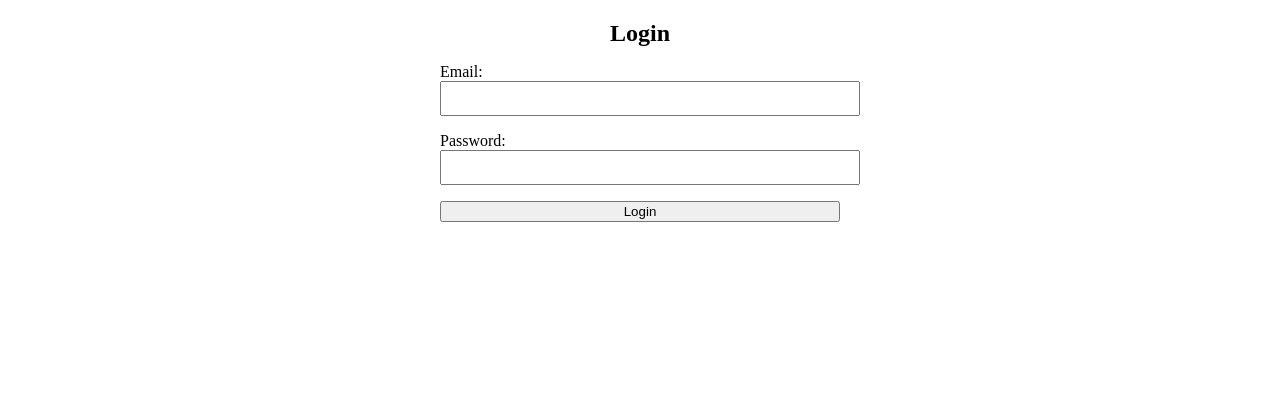
Repository: anonymous1508/dental-center
Page: /
The author's editor kept a copy of each file at every save. The page is drawn from the files as they stood at one save, then again after the next save.
The browser window is 1280 px wide. The pictures show the whole page.
The project was rebuilt for these pictures with package versions that can differ from the ones it lists, and the page was loaded fresh each time. Also part of the build but not shown: vite.config.js, src/components/Topbar.jsx, src/pages/Dashboard.jsx, src/components/PatientForm.jsx, src/utils/patientStorage.jsx, src/pages/Patients.jsx, src/pages/Appointments.jsx, src/pages/Calendar.jsx and 2 more.

Above is the page before, as saved 2025-07-01 14:35:28.

### src/main.jsx
import React from "react";
import ReactDOM from "react-dom/client";
import App from "./App";
import { AuthProvider } from "./contexts/AuthContext"; // ✅ important

ReactDOM.createRoot(document.getElementById("root")).render(
  <React.StrictMode>
    <AuthProvider>
      <App />
    </AuthProvider>
  </React.StrictMode>
);

### src/App.jsx
import React from 'react';
import {
  BrowserRouter as Router,
  Routes,
  Route,
  Navigate,
} from 'react-router-dom';

import Login from './pages/Login';
import Dashboard from './pages/Dashboard';
import Patients from './pages/Patients';
import Appointments from './pages/Appointments';
import Calendar from './pages/Calendar';
import PatientPortal from './pages/PatientPortal';

import RequireRole from './components/RequireRole'; // ✅ Make sure this file exists

const App = () => {
  return (
    <Router>
      <Routes>
        {/* Public route */}
        <Route path="/login" element={<Login />} />

        {/* Admin-only routes */}
        <Route
          path="/dashboard"
          element={
            <RequireRole allowedRoles={['Admin']}>
              <Dashboard />
            </RequireRole>
          }
        />
        <Route
          path="/patients"
          element={
            <RequireRole allowedRoles={['Admin']}>
              <Patients />
            </RequireRole>
          }
        />
        <Route
          path="/appointments"
          element={
            <RequireRole allowedRoles={['Admin']}>
              <Appointments />
            </RequireRole>
          }
        />
        <Route
          path="/calendar"
          element={
            <RequireRole allowedRoles={['Admin']}>
              <Calendar />
            </RequireRole>
          }
        />

        {/* Patient-only route */}
        <Route
          path="/patient-portal"
          element={
            <RequireRole allowedRoles={['Patient']}>
              <PatientPortal />
            </RequireRole>
          }
        />

        {/* Fallback redirect to login */}
        <Route path="*" element={<Navigate to="/login" replace />} />
      </Routes>
    </Router>
  );
};

export default App;

### src/contexts/AuthContext.jsx
import React, { createContext, useContext, useState, useEffect } from "react";

// Dummy users for simulation
const users = [
  { id: "1", role: "Admin", email: "admin@entnt.in", password: "admin123" },
  { id: "2", role: "Patient", email: "john@entnt.in", password: "patient123", patientId: "p1" }
];

// 1. Create Context
const AuthContext = createContext();

// 2. Provider
export const AuthProvider = ({ children }) => {
  const [user, setUser] = useState(null);

  useEffect(() => {
    const stored = localStorage.getItem("authUser");
    if (stored) {
      setUser(JSON.parse(stored));
    }
  }, []);

  const login = (email, password) => {
    const match = users.find(
      (u) => u.email === email && u.password === password
    );
    if (match) {
      setUser(match);
      localStorage.setItem("authUser", JSON.stringify(match));
      return true;
    }
    return false;
  };

  const logout = () => {
    setUser(null);
    localStorage.removeItem("authUser");
  };

  return (
    <AuthContext.Provider value={{ user, login, logout }}>
      {children}
    </AuthContext.Provider>
  );
};

// ✅ 3. Custom hook (MISSING in your file)
export const useAuth = () => useContext(AuthContext);

### src/pages/Login.jsx
import React, { useState } from "react";
import { useNavigate } from "react-router-dom";
import { useAuth } from "../contexts/AuthContext";

const Login = () => {
  const { login } = useAuth();
  const navigate = useNavigate();

  const [email, setEmail] = useState("");
  const [password, setPassword] = useState("");
  const [error, setError] = useState("");

  const handleSubmit = (e) => {
    e.preventDefault();

    console.log("Login form submitted");
    const success = login(email, password);
    console.log("Login success:", success);

    if (success) {
      const loggedInUser = JSON.parse(localStorage.getItem("authUser"));
      if (loggedInUser.role === "Admin") {
        navigate("/dashboard");
      } else if (loggedInUser.role === "Patient") {
        navigate("/patient-portal");
      }
    } else {
      setError("INVALID CREDENTIALS");
    }
  };

  return (
    <div className="container" style={{ maxWidth: "400px", margin: "0 auto" }}>
      <h2 style={{ textAlign: "center", marginBottom: "1rem" }}>Login</h2>
      <form onSubmit={handleSubmit} className="card">
        <div>
          <label>Email:</label>
          <input
            type="email"
            required
            value={email}
            onChange={(e) => setEmail(e.target.value)}
            style={{ width: "100%", padding: "0.5rem", marginBottom: "1rem" }}
          />
        </div>
        <div>
          <label>Password:</label>
          <input
            type="password"
            required
            value={password}
            onChange={(e) => setPassword(e.target.value)}
            style={{ width: "100%", padding: "0.5rem", marginBottom: "1rem" }}
          />
        </div>
        {error && (
          <p style={{ color: "red", marginBottom: "1rem" }}>{error}</p>
        )}
        <button type="submit" className="btn" style={{ width: "100%" }}>
          Login
        </button>
      </form>
    </div>
  );
};

export default Login;

Loaded but not shown: index.html (common file)

After the next save:
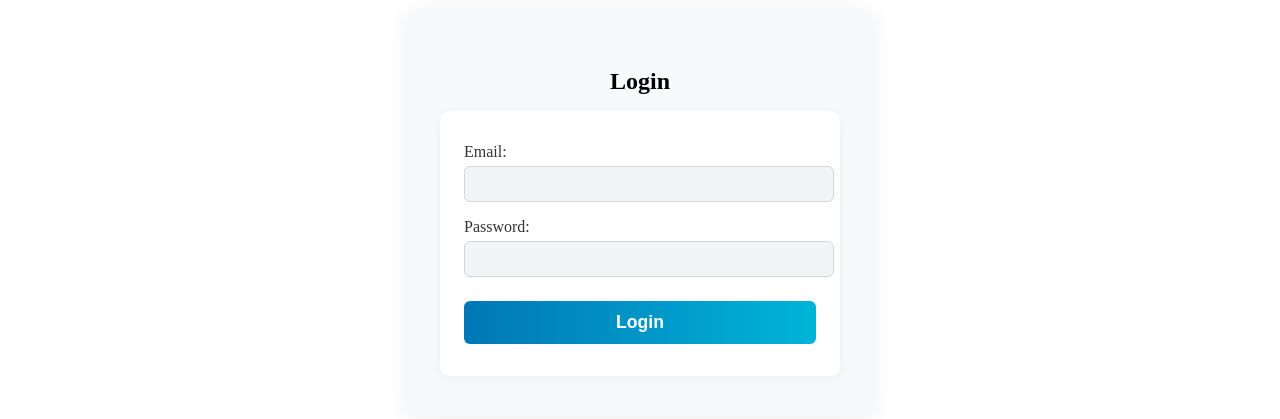
Saved 64 s later.
--- a/src/pages/Login.jsx
+++ b/src/pages/Login.jsx
@@ -65,3 +65,59 @@ const Login = () => {
 };
 
 export default Login;
+const loginStyles = `
+  .container {
+    background: #f7f9fa;
+    border-radius: 12px;
+    box-shadow: 0 4px 24px rgba(0,0,0,0.07);
+    padding: 2.5rem 2rem;
+    margin-top: 5rem;
+  }
+  .card {
+    background: #fff;
+    border-radius: 10px;
+    box-shadow: 0 2px 12px rgba(0,0,0,0.05);
+    padding: 2rem 1.5rem;
+    border: none;
+  }
+  label {
+    font-weight: 500;
+    color: #333;
+    margin-bottom: 0.3rem;
+    display: block;
+  }
+  input[type="email"], input[type="password"] {
+    border: 1px solid #d1d5db;
+    border-radius: 6px;
+    font-size: 1rem;
+    background: #f3f4f6;
+    transition: border 0.2s;
+  }
+  input[type="email"]:focus, input[type="password"]:focus {
+    border: 1.5px solid #0077b6;
+    outline: none;
+    background: #fff;
+  }
+  .btn {
+    background: linear-gradient(90deg, #0077b6 0%, #00b4d8 100%);
+    color: #fff;
+    border: none;
+    border-radius: 6px;
+    padding: 0.7rem 0;
+    font-size: 1.1rem;
+    font-weight: 600;
+    cursor: pointer;
+    transition: background 0.2s;
+    margin-top: 0.5rem;
+  }
+  .btn:hover {
+    background: linear-gradient(90deg, #023e8a 0%, #0096c7 100%);
+  }
+`;
+
+if (typeof document !== "undefined" && !document.getElementById("login-styles")) {
+  const style = document.createElement("style");
+  style.id = "login-styles";
+  style.innerHTML = loginStyles;
+  document.head.appendChild(style);
+}
